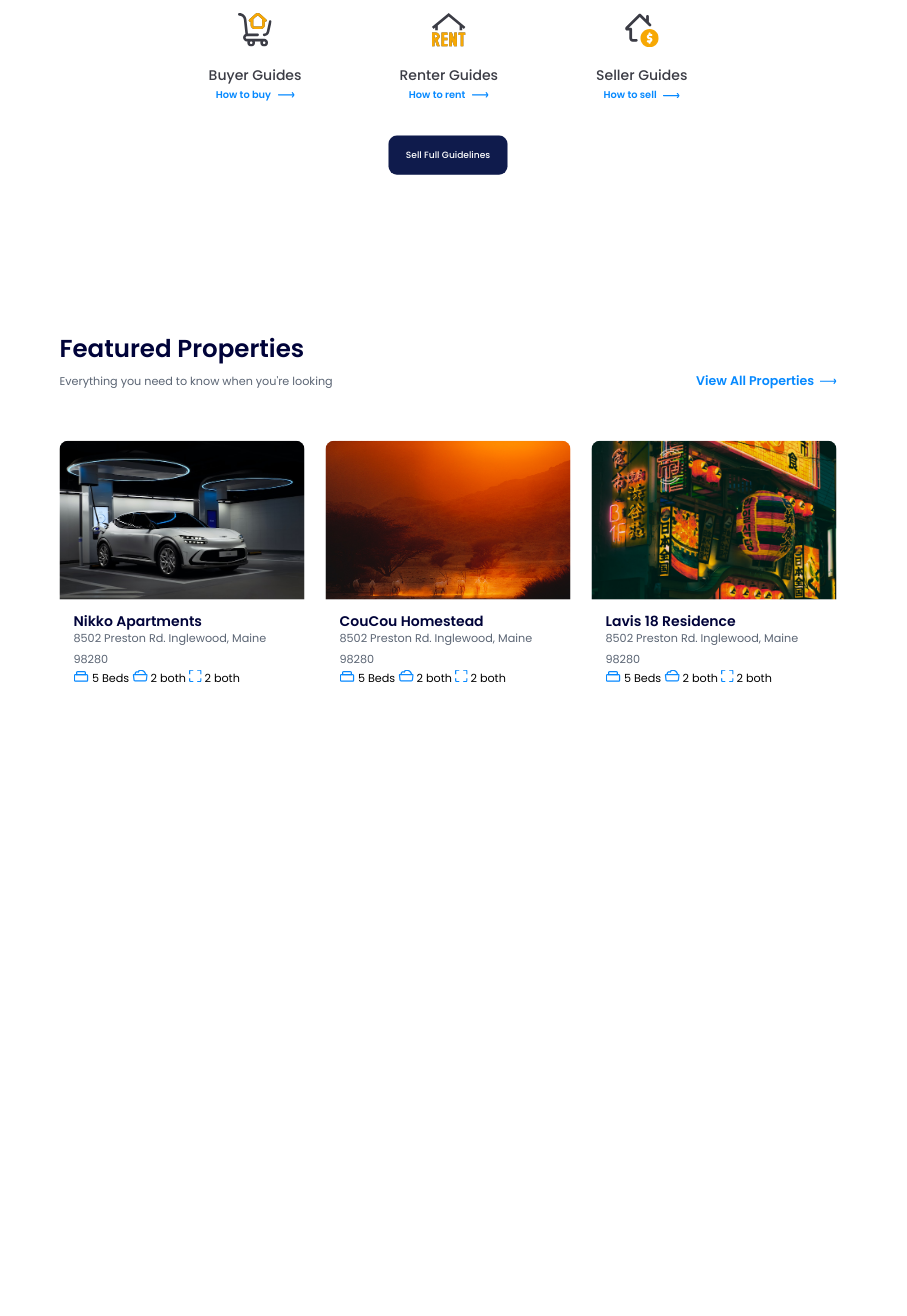
Repository: empty24062002/f8-htmlcss-01
Page: index.html
These files come from the project's save history. The page is drawn as it stood at one moment and after the next save; the edit follows.
The browser window is 1280 px wide. The page is 1295 px wide, so the pictures cover 1295 px, including what lies to the right of the window. The pictures show the part of the page from y = 1501 to 3381 px (the page is 10000 px tall), at 70% of full size.

Above is the page before, as saved 2023-07-12 10:48:49.

After the next save:
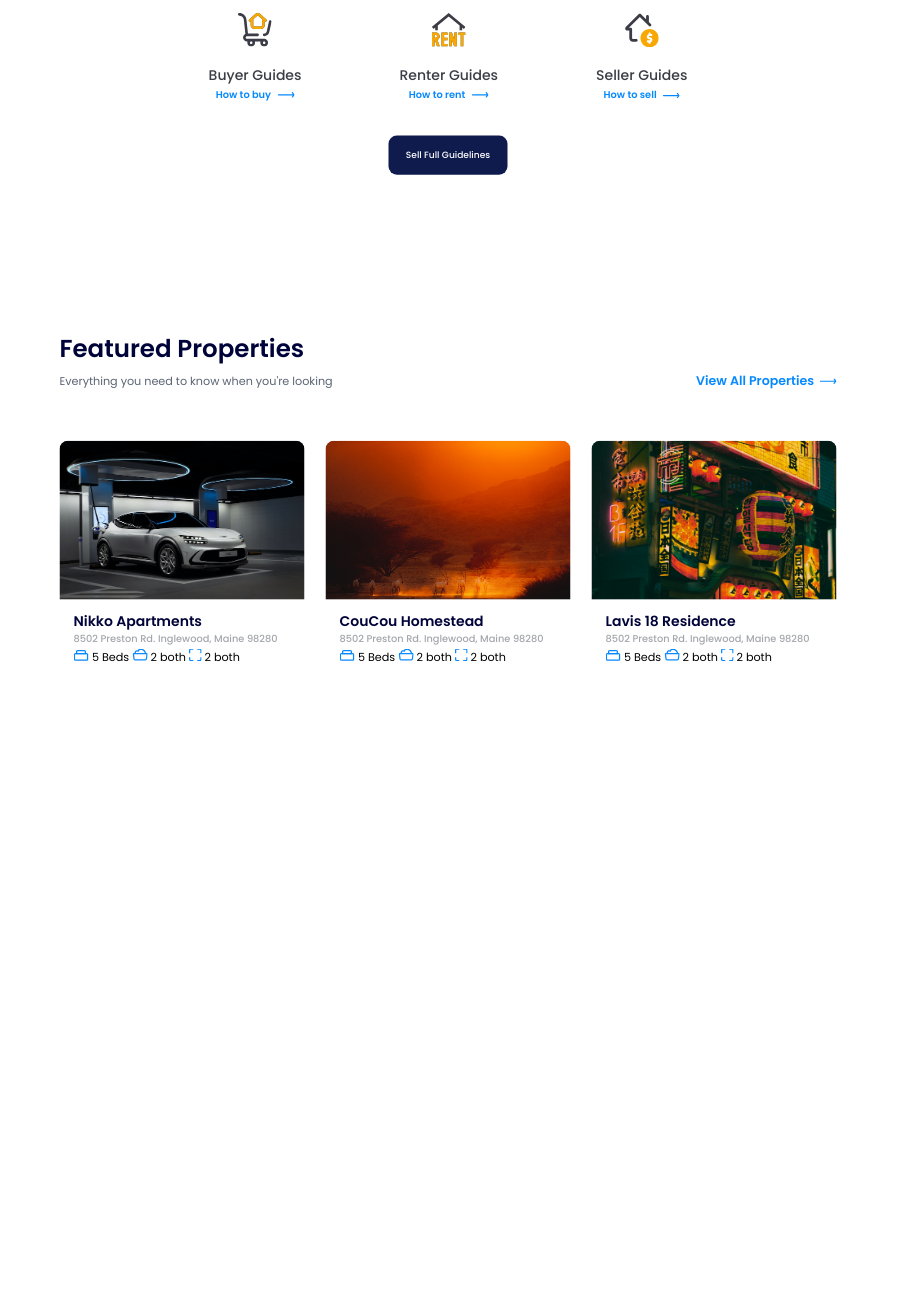
Saved 61 s later.
--- a/assets/css/styles.css
+++ b/assets/css/styles.css
@@ -306,3 +306,9 @@
     font-weight: 600;
     line-height: 20px;
 }
+
+.featured .item .desc {
+    color: #a3a6ab;
+    font-size: 14px;
+    font-weight: 500;
+}
